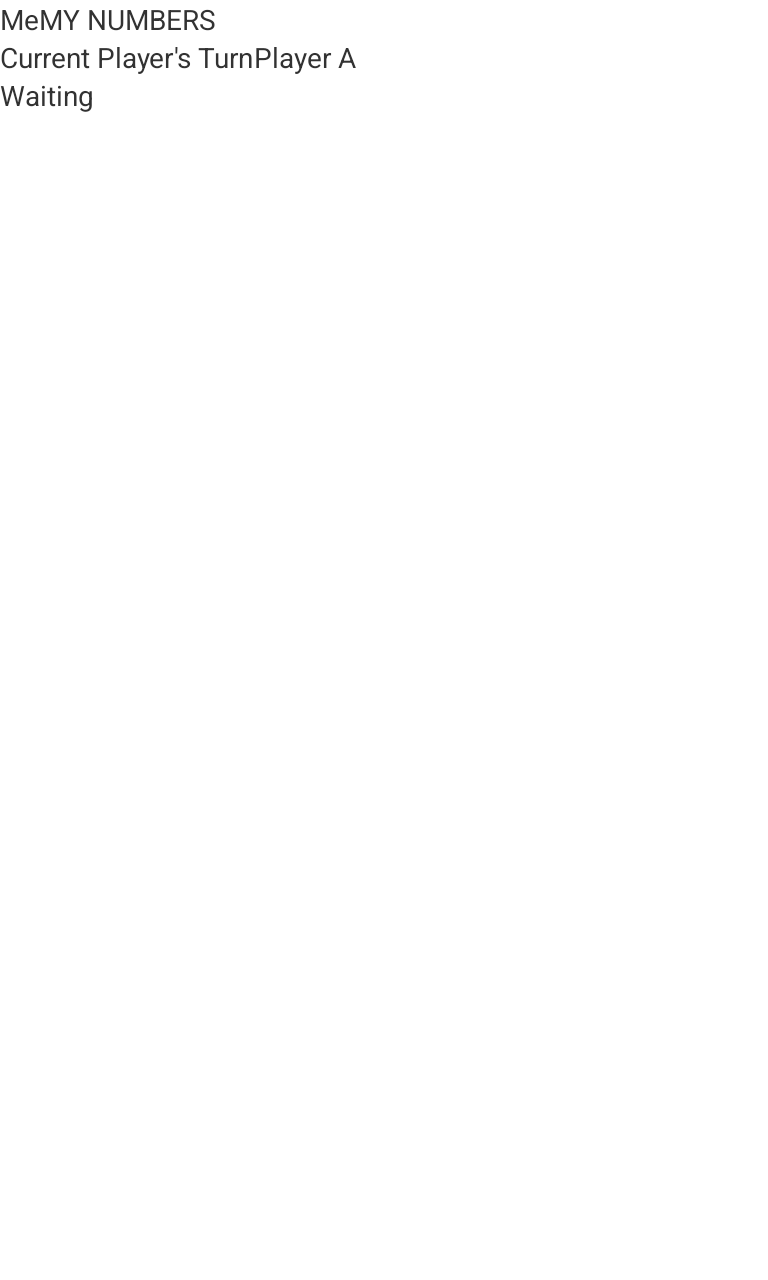
Repository: RayyLim/LiarPoker
Layout: LiarPoker/res/layout/gameroom_main.xml
These files come from the project's save history. The layout is drawn as it stood at one moment and after the next save; the edit follows.
It is drawn on a 768 x 1280 px phone screen (xhdpi) without system bars, with theme AppTheme; the app's code is not run.

Above is the layout before, as saved 2012-07-22 04:11:56.

### LiarPoker/res/layout/gameroom_main.xml
<?xml version="1.0" encoding="utf-8"?>
<LinearLayout xmlns:android="http://schemas.android.com/apk/res/android"
	android:layout_width="match_parent" android:layout_height="match_parent"
	android:orientation="vertical">

	<LinearLayout android:layout_width="match_parent"
		android:layout_height="wrap_content">
		<TextView android:id="@+id/meLabel" android:layout_width="wrap_content"
			android:layout_height="wrap_content" android:text="Me" />

		<TextView android:id="@+id/mynumbersLabel"
			android:layout_width="wrap_content" android:layout_height="wrap_content"
			android:text="MY NUMBERS" />
	</LinearLayout>

	<LinearLayout android:layout_width="match_parent"
		android:layout_height="wrap_content">
				<TextView
			android:layout_width="wrap_content" android:layout_height="wrap_content"
			android:text="Current Player's Turn" />
		<TextView android:id="@+id/currentPlayerLabel"
			android:layout_width="wrap_content" android:layout_height="wrap_content"
			android:text="Player A" />



	</LinearLayout>
			<TextView android:id="@+id/currentPlayerSubmissionLabel"
			android:layout_width="wrap_content" android:layout_height="wrap_content"
			android:text="Waiting" />

</LinearLayout>

Loaded but not shown: LiarPoker/res/values-v11/styles.xml (common file); LiarPoker/res/values-v14/styles.xml (common file); LiarPoker/res/values/styles.xml (common file)

After the next save:
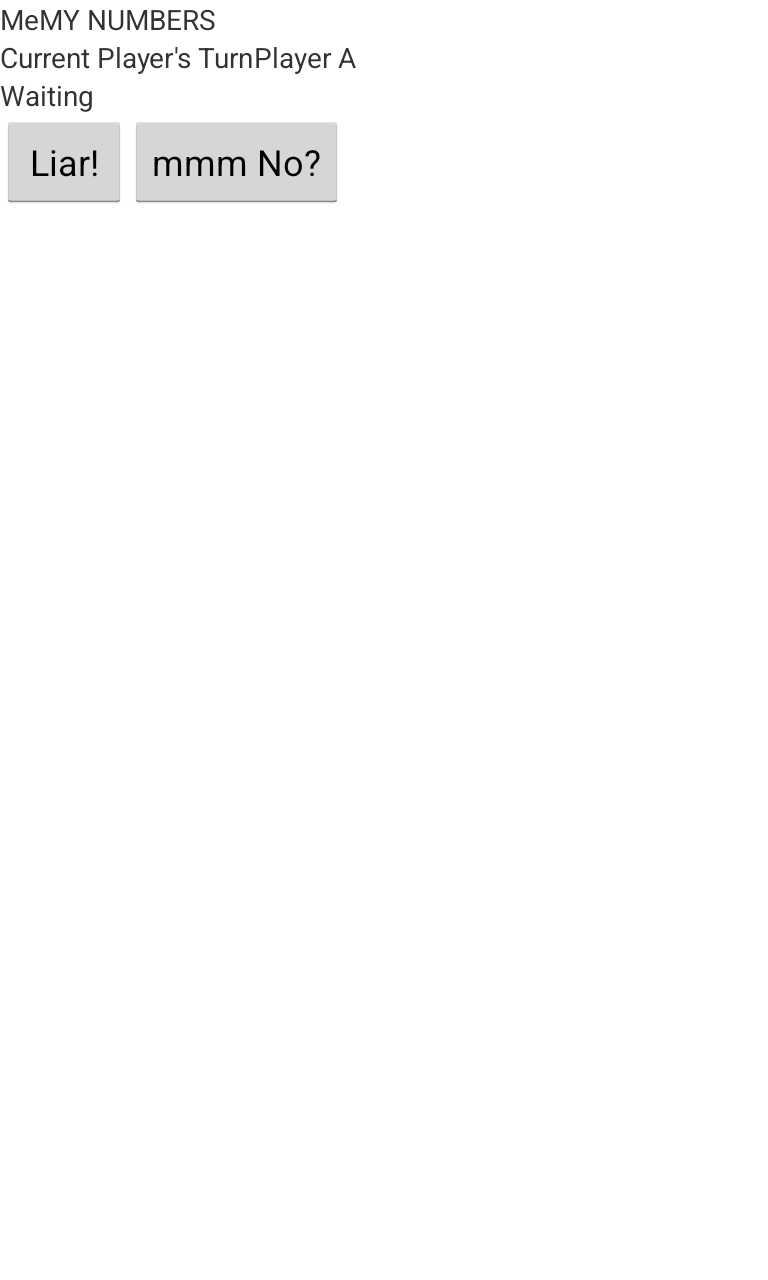
Saved 2 min 9 s later.
--- a/LiarPoker/res/layout/gameroom_main.xml
+++ b/LiarPoker/res/layout/gameroom_main.xml
@@ -29,4 +29,21 @@
 			android:layout_width="wrap_content" android:layout_height="wrap_content"
 			android:text="Waiting" />
 
+
+
+			<LinearLayout
+			    android:layout_width="match_parent"
+			    android:layout_height="wrap_content" >
+					<Button
+			    android:id="@+id/liarButton"
+			    android:layout_width="wrap_content"
+			    android:layout_height="wrap_content"
+			    android:text="Liar!" />
+								<Button
+			    android:id="@+id/notLiarButton"
+			    android:layout_width="wrap_content"
+			    android:layout_height="wrap_content"
+			    android:text="mmm No?" />
+			</LinearLayout>
+
 </LinearLayout>
